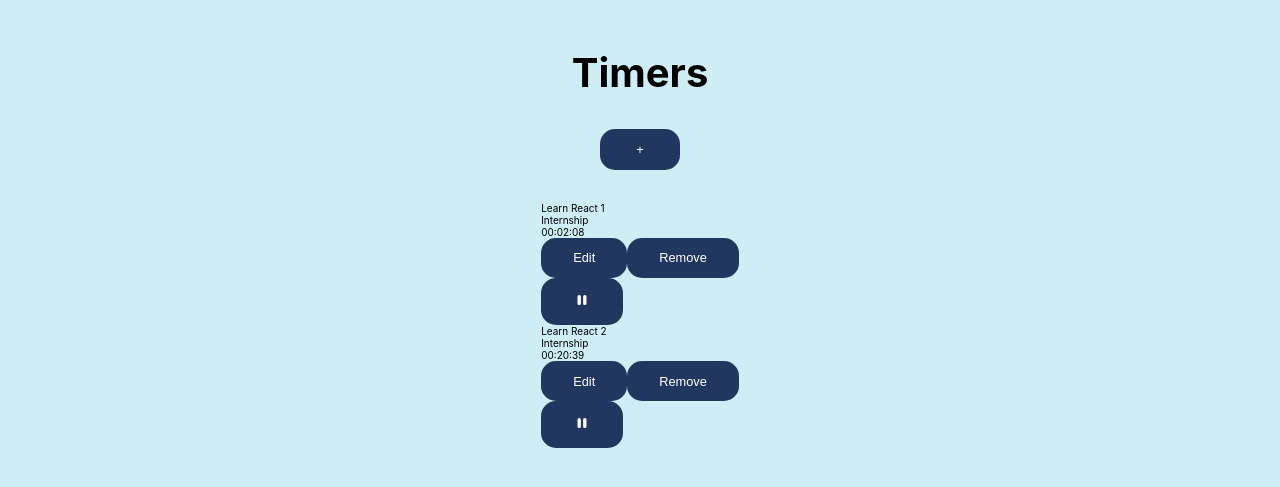
Repository: dqhuy153/react-timer
Page: /
These files come from the project's save history. The page is drawn as it stood at one moment and after the next save; the edit follows.
The browser window is 1280 px wide. The pictures show the whole page.
The project was rebuilt for these pictures with package versions that can differ from the ones it lists, and the page was loaded fresh each time. Also part of the build but not shown: src/components/TimerForm/TimerForm.module.scss, src/components/TimerForm/index.jsx, src/components/EditableTimerForm/EditableTimerForm.module.scss.

Above is the page before, as saved 2021-10-26 17:15:29.

After the next save:
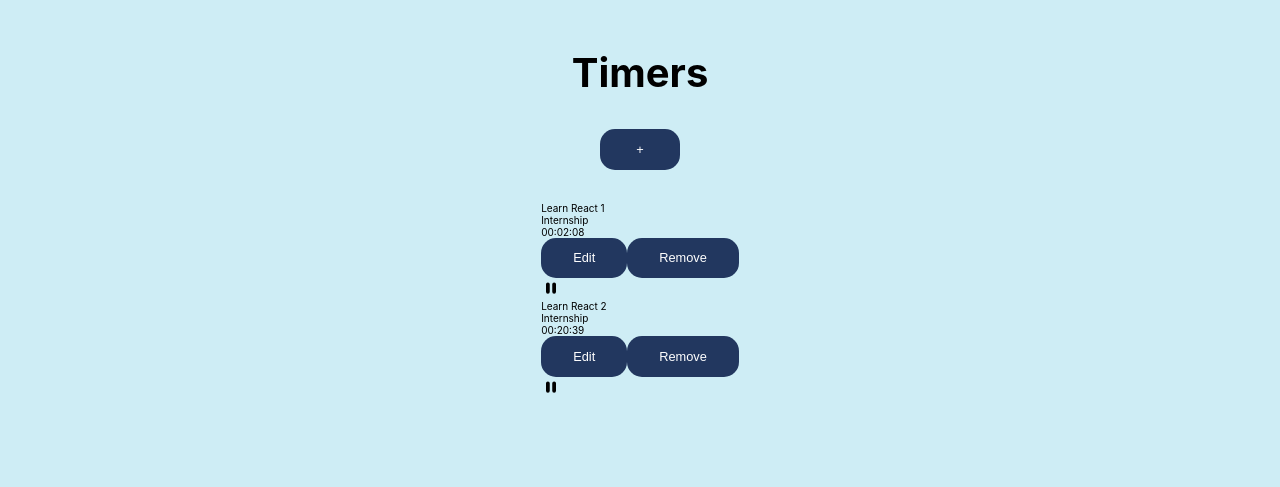
Saved 18 s later.
--- a/src/components/Timer/index.jsx
+++ b/src/components/Timer/index.jsx
@@ -14,9 +14,9 @@ const Timer = ({
   onTimerClick,
 }) => {
   const buttonLabel = isRunning ? (
-    <BsPauseFill size={18} />
+    <BsPauseFill size={20} />
   ) : (
-    <BsPlayFill size={18} />
+    <BsPlayFill size={20} />
   );
 
   return (
@@ -30,7 +30,7 @@ const Timer = ({
         <Button onClick={onRemove}>Remove</Button>
       </div>
 
-      <Button onClick={onTimerClick}>{buttonLabel}</Button>
+      <div onClick={onTimerClick}>{buttonLabel}</div>
     </div>
   );
 };
